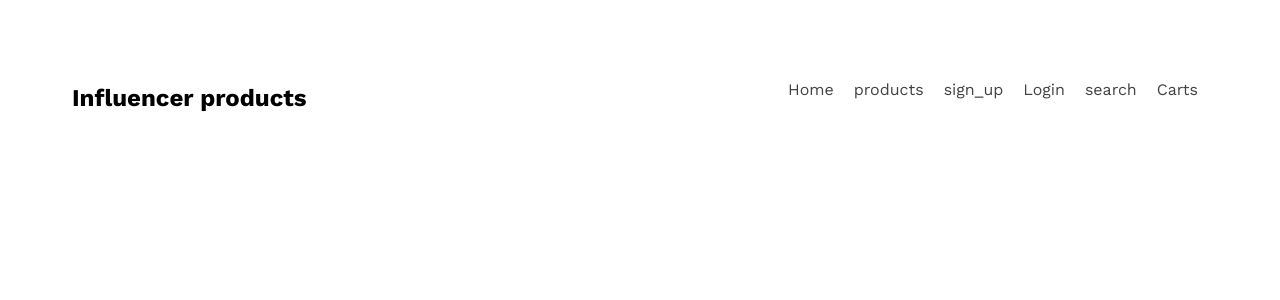
Repository: RudrasahaDibos/Camera-gear
Page: index.html
An editor plug-in stored every save of this project. The page is shown before and after the next save, followed by the edit.
The browser window is 1280 px wide. The pictures show the whole page.

Above is the page before, as saved 2024-10-08 14:10:54.

After the next save:
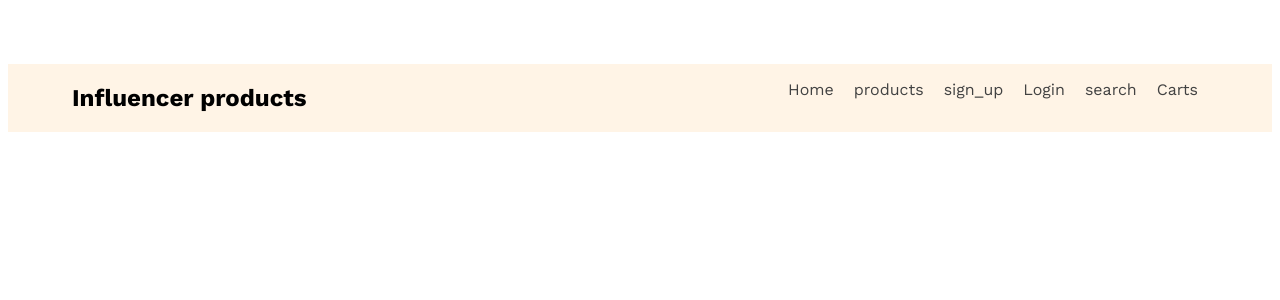
Saved 14 s later.
--- a/style.css
+++ b/style.css
@@ -13,7 +13,7 @@
 
 /* header */
 .header-container{
-    background-color: ;
+    background-color: rgba(255,144,14,0.10);
 }
 .Influencer-header{
     display: flex;
